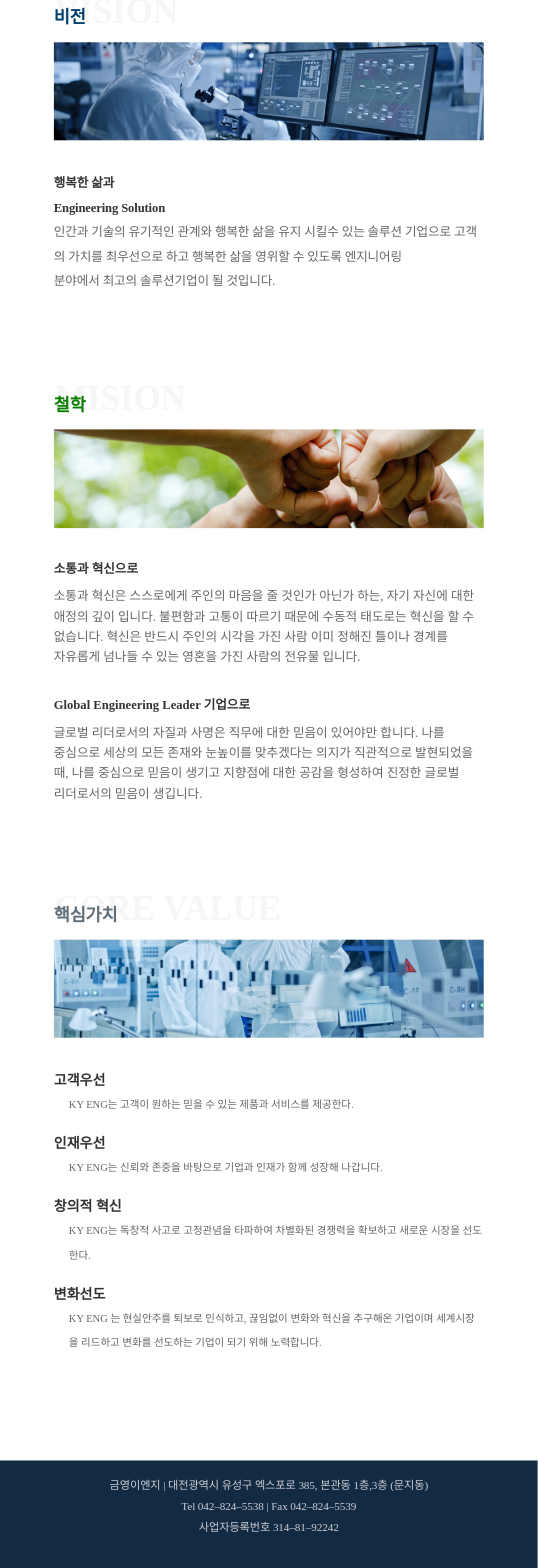
Repository: wogml3270/kumyoungENG
Page: sub/about/about_company.html
These files come from the project's save history. The page is drawn as it stood at one moment and after the next save; the edit follows.
The browser window is 768 px wide. The pictures show the part of the page from y = 839 to 3079 px (the page is 3175 px tall before and 3146 px after), at 70% of full size.
Some web fonts or font styles are not loaded; a fallback is used.

Above is the page before, as saved 2022-07-25 13:18:41.

### sub/about/about_company.html
<!DOCTYPE html>
<html lang="ko">
    <head>
        <meta charset="UTF-8" />
        <meta http-equiv="X-UA-Compatible" content="ie=edge" />
        <meta name="viewport" content="width=device-width, initial-scale=1.0" />
        <link rel="stylesheet" href="./../css/reset.css" />
        <link rel="stylesheet" href="./../css/about_company.css" />
        <link rel="stylesheet" href="./../css/about_banner.css">
        <link rel="stylesheet" href="./../css/snb_bar.css">
        <link rel="stylesheet" href="../../css/header.css">
        <link rel="stylesheet" href="../../css/footer.css">
        <link rel="stylesheet" href="/css/media.css">
        <script src="https://ajax.googleapis.com/ajax/libs/jquery/3.5.1/jquery.min.js"></script>
        <script src="http://ajax.aspnetcdn.com/ajax/jQuery/jquery-1.12.4.min.js"></script>
        <script src="https://code.jquery.com/jquery-1.12.4.min.js"></script>
        <script src="../../js/script.js"></script>
        <script src="../../js/snb_bar.js"></script>
        <title>회사소개_기업정신</title>
    </head>
    <body>
        <div id="header"></div>
        <div id="wrap">
            <div class="about-banner">
                <p>KUM YOUNG ENG</p>
                <span></span>
                <h3>회사소개</h3>
                <!-- <img src="./../images/company-banner-image.png" alt="배너 이미지"> -->
            </div>

            <div class="snb">
                <a href="./../index.html">homeimg</a>

                    <ul class="snb_box">
                        <li><a href="">회사소개<img src="./../images/Vector 1.png" alt=""></a></li>
                        <li>
                            <a href="/sub/about/about_company.html">기업정신<img src="./../images/Vector 1.png" alt=""></a>
                            <ol class="lnb">
                                <li><a href="/sub/about/about_greeting.html">인사말</a></li>
                                <!-- <li><a href="/sub/about/about_company.html">기업정신</a></li> -->
                                <li><a href="/sub/about/about_management.html">경영이념</a></li>
                                <li><a href="">ESG경영</a></li>
                                <li><a href="/sub/about/about_history.html">연혁</a></li>
                                <li><a href="/sub/about/about_org.html">조직도</a></li>
                                <li><a href="/sub/about/about_branch.html">지사/해외법인</a></li>
                                <li><a href="/sub/about/about_wayto.html">오시는길</a></li>
                            </ol>
                        </li>
                    </ul>
              </div>

            <section id="mind">
                <h2>기업정신</h2>

                <article class="vision">
                    <h3>VISION</h3>
                    <h4>비전</h4>

                    <img src="./../images/vision-image.png" alt="행복한 삶과 Engineering Solution">


                    <div class="firsttx">
                        <p>
                            행복한 삶과 <br />
                            Engineering Solution
                        </p>

                        <p>
                            인간과 기술의 유기적인 관계와 행복한 삶을 유지 시킬수 있는 솔루션 기업으로
                            고객의 가치를 최우선으로 하고 행복한 삶을 영위할 수 있도록 엔지니어링 <br />
                            분야에서 최고의 솔루션기업이 될 것입니다.
                        </p>
                    </div>
                </article>

                <article class="mission">
                    <h3>MISION</h3>
                    <h4>철학</h4>
                    <img src="./../images/mission-image.png" alt="소통과 혁신으로 Global Engineering Leader 기업으로">

                    <div class="secondtx">
                        <div>
                            <p>
                                소통과 <br />
                                혁신으로
                            </p>

                            <p>
                                소통과 혁신은 스스로에게 주인의 마음을 줄 것인가 아닌가 하는, 자기 자신에 대한 애정의 깊이 입니다.
                                불편함과 고통이 따르기 때문에 수동적 태도로는 <br />
                                혁신을 할 수 없습니다. 혁신은 반드시 주인의 시각을 가진 사람 이미 정해진 틀이나
                                경계를 자유롭게 넘나들 수 있는 영혼을 가진 사람의 전유물 입니다.
                            </p>
                        </div>

                        <div>
                            <p>
                                Global Engineering <br />
                                Leader 기업으로
                            </p>

                            <p>
                                글로벌 리더로서의 자질과 사명은 직무에 대한 믿음이 있어야만 합니다.
                                나를 중심으로 세상의 모든 존재와 눈높이를 맞추겠다는 의지가 <br />
                                직관적으로 발현되었을 때, 나를 중심으로 믿음이 생기고 지향점에 대한 공감을 형성하여
                                진정한 글로벌 리더로서의 믿음이 생깁니다.
                            </p>
                        </div>
                    </div>
                </article>

                <article class="core_value">
                    <h3>CORE VALUE</h3>
                    <h4>핵심가치</h4>

                    <img src="./../images/value-image.png" alt="핵심가치">
                    <div class="thirdtx">
                        <dl>
                            <dt>고객우선</dt>
                            <dd>KY ENG는 고객이 원하는 믿을 수 있는 제품과 서비스를 제공한다.</dd>
                        </dl>
                        <dl>
                            <dt>인재우선</dt>
                            <dd>KY ENG는 신뢰와 존중을 바탕으로 기업과 인재가 함께 성장해 나갑니다.</dd>
                        </dl>
                        <dl>
                            <dt>창의적 혁신</dt>
                            <dd>KY ENG는 독창적 사고로 고정관념을 타파하여 차별화된 경쟁력을 확보하고 새로운 시장을 선도한다.</dd>
                        </dl>
                        <dl>
                            <dt>변화선도</dt>
                            <dd>KY ENG 는 현실안주를 퇴보로 인식하고, 끊임없이 변화와 혁신을 추구해온 기업이며 세계시장을 리드하고 변화를 선도하는 기업이 되기 위해 노력합니다.</dd>
                        </dl>
                    </div>

                </article>
            </section>
        </div>
        <div id="footer"></div>
    </body>
</html>

### sub/css/reset.css
@charset "UTF-8";

* {
    margin: 0;
    padding: 0;
  }

  body,
  html {
    width: 100%;
    height: 100%;
    font-family: "Pretendard";
  }

  ul,
  li {
    list-style: none;
    text-decoration: none;
  }

  a:link,
  a:visited,
  a:hover,
  a:active {
    color: #fff;
    text-decoration: none;
  }

### sub/css/about_company.css
@charset "utf-8";

@import url("https://cdn.jsdelivr.net/gh/orioncactus/pretendard@v1.3.4/dist/web/static/pretendard.css");

#wrap > img {
  width: 100%;
  height: auto;
}

#mind {
  width: 100%;
  padding-top: 110px;
}

#mind > h2 {
  color: #333;
  font-size: 24px;
  font-weight: 600;
  text-align: center;
}

article {
  width: 72.916%;
  margin-left: 13.5416%;
  margin-top: 120px;
}

article > h3 {
  color: #f6f6f6;
  font-size: 80px;
  font-weight: 800;
}

article > h4 {
  font-size: 36px;
  font-weight: 600;
  letter-spacing: -0.01em;
  position: relative;
  top: -40px;
}

article > img {
  width: 100%;
  margin-top: -20px;
}

article > div > p {
  /* word-break: keep-all; */
}

.vision > h4 {
  color: #004170;
}

.firsttx {
  display: flex;
  flex-flow: row nowrap;
  justify-content: space-between;
  margin-top: 40px;
}
.firsttx > p {
  line-height: 35px;
  letter-spacing: -0.01em;
}
.firsttx > p:nth-child(1) {
  color: #333;
  font-size: 26px;
  font-weight: 600;
  margin-right: 10px;
}
.firsttx > p:nth-child(2) {
  color: #666;
  font-weight: 400;
  font-size: 18px;
}

.mission > h4 {
  color: #0B7E00;
}
.secondtx > div {
  display: flex;
  flex-flow: row nowrap;
  justify-content: flex-start;
  margin-top: 40px;
  line-height: 35px;
}

.secondtx > div > p {
  word-break: keep-all;
  /* width: 223px; */
}

.secondtx > div:nth-child(1) > p:nth-child(1){
  /* width: 90px; */
  margin-right: 249px;
}
.secondtx > div:nth-child(2) > p:nth-child(1){
  /* width: 90px; */
  margin-right: 116px;
}


.secondtx > div:nth-child(1) > p:nth-child(2) {
  /* margin-left: 17.785%; */
  /* margin-left: 12.96875%; */
}
.secondtx > div:nth-child(2) > p:nth-child(2) {
  /* margin-left: 8.286%; */
  /* margin-left: 6.0416%; */
}
.secondtx > div > p:nth-child(1){
  color: #333;
  font-size: 26px;
  font-weight: 600;
}
.secondtx > div > p:nth-child(2){
  color: #666;
  font-size: 18px;
  font-weight: 400;
}

.core_value > h4 {
  color: #606E79;
}

.thirdtx {
  margin-top: 40px;
}

.thirdtx > dl {
  display: flex;
  flex-flow: row nowrap;
  justify-content: flex-start;
  margin-bottom: 20px;
}

.thirdtx > dl:last-child {
  margin-bottom: initial;
}

.thirdtx > dl > dt {
  color: #333;
  font-size: 26px;
  font-weight: 600;
  line-height: 35px;
  white-space: nowrap;
}

.thirdtx > dl > dd {
  color: #666;
  font-size: 18px;
  font-weight: 400;
  line-height: 35px;
  margin-left: 17.7857%;
  white-space: nowrap;
}

.thirdtx > dl:nth-child(3) > dd {
  margin-left: 15.7857%;
}

@media screen and (max-width: 899px){
  #mind p{
    font-size: 18px;
  }
  article{
    width: 80%;
    margin: 120px auto;
  }

  article > h3 {
    font-size: 50px;
  }

  article > h4 {
    font-size: 25px;
  }
  .firsttx{
      display: block;
  }
  .firsttx > p:nth-child(1) {
    font-size: 20px;
  }

  .firsttx > p:nth-child(2) {
    font-size: 16px;
  }

  .secondtx > div {
    display: block;
    line-height: 29px;
  }
  .secondtx > div:nth-child(1) > p:nth-child(1){
    margin-right: 0;
    margin-bottom: 10px;
  }

  .secondtx > div:nth-child(2){
    display: block;
  }

  .secondtx > div > p > br {
    display: none;
  }
  .secondtx > div > p:nth-child(1){
    font-size: 20px;
    margin-right: 0;
  }

  .secondtx > div:nth-child(2) > p:nth-child(1) {
    margin-bottom: 10px;
  }

  .secondtx > div > p:nth-child(2){
    word-break: keep-all;
    font-size: 16px;
  }
  .thirdtx > dl{
    flex-direction: column;
    font-family: 'Pretendard';
    font-style: normal;
  }
  .thirdtx > dl > dt{
    font-size: 20px;
  }
  .thirdtx > dl > dd{
    font-size: 15px;
    margin-left: 3.5%;
    white-space: normal;
  }
  .thirdtx > dl:nth-child(3) > dd{
    margin-left: 3.5%;
  }

}

### sub/css/about_banner.css
@charset "UTF-8";

.about-banner{
    width: 100%;
    height: 500px;
    background: url(../../images/company-banner-image.png) no-repeat center center;
    background-size: cover;
    display: flex;
    flex-direction: column;
    align-items: center;
    justify-content: center;
  }
  .about-banner p{
    font-family: 'Pretendard';
    font-style: normal;
    font-weight: 400;
    font-size: 16px;
    line-height: 20px;
    text-align: center;
    letter-spacing: -0.01em;
    color: #FFFFFF;
  }
  .about-banner span{
    width: 40px;
    height: 1px;
    background: #FFFFFF;
    margin: 16px 0;
  }
  .about-banner h3{
    font-family: 'Pretendard';
    font-style: normal;
    font-weight: 700;
    font-size: 24px;
    line-height: 24px;
    text-align: center;
    letter-spacing: -0.01em;
    color: #FFFFFF;
  }

### sub/css/snb_bar.css
@charset "utf-8";

ul,li {
    list-style: none;
    text-decoration: none;
}

a:link,
a:visited,
a:hover,
a:active {
    color: #fff;
    text-decoration: none;
}

.snb {
    position: relative;
    top: -26px;
    width: 72.916%;
    height: 60px;
    margin: 0 auto;
    background-color: #fff;
    border: 1px solid #ddd;
    box-sizing: border-box;
    box-shadow: 0px 4px 15px rgba(0, 0, 0, 0.1);
    z-index: 1;
}

.snb > a {
    position: absolute;
    top: -1px;
    left: -1px;
    display: block;
    width: 65px;
    height: 60px;
    text-indent: -9999px;
    background-color: #004170;
    background-image: url(./../images/Group.png);
    background-position: center center;
    background-repeat: no-repeat;
}

.snb > a {
    display: block;
    width: 65px;
    height: 60px;
}

.snb_box {
    display: flex;
    flex-flow: row nowrap;
    /* margin-left: 20.5px; */
    margin-left: 64px;
    margin-top: 0;

}

.snb_box > li {
    position: relative;
    text-indent: 20.5px;
    /* text-indent: 30%; */
    width: 209px;
    height: 60px;
    line-height: 60px;
    border-right: 1px solid #ddd;
    box-sizing: border-box;
}

.snb_box > li > a {
    display: block;
    height: 60px;
    color: #333;
}

.snb_box > li > a > img {
    position: absolute;
    top: 22.5px;
    left: 80%;

}

.snb_box > li:last-child > a:hover > img {
    transform: rotate(90deg);
    transition: 0.3s;
}

.lnb {
    display: none;
    position: absolute;
    width: 100%;
    padding: 0;
    border: 1px solid #DDDDDD;
    border-top: none;
    background-color: #fff;
}

.lnb > li > a {
    color: #333;
    display: block;
}

.lnb > li > a:hover {
    background-color: #F5F5F5;
}

### css/header.css
@charset "utf-8";
@import url('https://cdn.jsdelivr.net/gh/orioncactus/pretendard/dist/web/static/pretendard.css');
@import url('https://fonts.googleapis.com/css2?family=Lobster&display=swap');

*,html,body { margin: 0; padding: 0; box-sizing: border-box; }
ul,ol,li { list-style: none; }
a { text-decoration: none; }

.header{
    position: absolute;
    display: flex;
    justify-content: space-between;
    align-items: center;
    width: 100%;
    height: 80px;
    /* border-bottom: 1px solid #CECED5; */
    z-index: 9999;
    transition: all 0.2s;
}
.header > a{
    display: block;
    margin-left: 13.542%;
}
.header > .right{
    margin-right: 13.542%;
    display: flex;
    align-items: center;
    height: 80px;
}
.header > .right .lang{
    display: flex;
    align-items: center;
}
.header > .right .lang a{
    font-family: 'Poppins';
    font-style: normal;
    font-weight: 300;
    font-size: 14px;
    line-height: 20px;
    letter-spacing: -0.01em;
    color: #DDDDDD;
    transition: all 0.3s;
}
.header > .right .lang a.active{
    font-weight: 400;
    color: #000340;
}
.header > .right .lang a:hover{
    font-weight: 400;
    color: #000340;
}
.header > .right .lang span{
    width: 1px;
    height: 12px;
    background: #000340;
    margin: 0 14px;
}
.header_gnb{
    display: flex;
    align-items: center;
    height: 80px;
}
.header_gnb > li{
    width: 84px;
    height: 80px;
    display: flex;
    justify-content: center;
    align-items: center;
    position: relative;
    margin-right: 60px;
}
.header_gnb > li:last-child{
    margin-right: 106px;
}
.header_gnb > li > a{
    font-family: 'Pretendard';
    font-style: normal;
    font-weight: 400;
    font-size: 15px;
    line-height: 20px;
    letter-spacing: -0.01em;
    color: #ffffff;
}
.right:hover .header_gnb > li > a{
    color: #000340;
}


.menu-open{
    position: absolute;
    width: 100%;
    height: 323px;
    /* display: none; */
    top: 80px;
    left: 0;
    background: #FFFFFF;
    z-index: 9999;
    visibility: hidden;
    opacity: 0;
    transition: all 0.2s;
}
.menu-open.active{
    visibility: visible;
    opacity: 1;
}
.menu-open .menu_box{
    position: absolute;
    top: 30px;
    left: 28.646%;
}

.menu-open .menu_box.gnb02_01 .gnb02_01_01,
.menu-open .menu_box.gnb02_01 .gnb02_01_02,
.menu-open .menu_box.gnb02_01 .gnb02_01_03,
.menu-open .menu_box.gnb02_01 .gnb02_01_04{
    display: flex;
    width: 340px;
}
.gnb03_01_01,
.gnb03_01_02{
    width: 200px;

}

/* .menu_box{
    margin-top: 60px;
} */
.menu_box > li{
    margin-bottom: 20px;
    transition: all 0.3s;
}
.menu_box.gnb02_01 > li.gnb02_01_01:hover > a::after{
    content: '>';
    position: absolute;
    top: 0;
    left: 130px;
}
.menu_box.gnb02_01 > li.gnb02_01_01:hover > .menu_box_content{
    visibility: visible;
    opacity: 1;
}
.menu_box.gnb02_01 > li.gnb02_01_02:hover > a::after{
    content: '>';
    position: absolute;
    top: 0;
    left: 100px;
    margin-left: 20px;
}
.menu_box.gnb02_01 > li.gnb02_01_02:hover > .menu_box_content{
    visibility: visible;
    opacity: 1;
}
.menu_box.gnb02_01 > li.gnb02_01_03:hover > a::after{
    content: '>';
    position: absolute;
    top: 0;
    left: 100px;
    margin-left: 20px;
}
.menu_box.gnb02_01 > li.gnb02_01_03:hover > .menu_box_content{
    visibility: visible;
    opacity: 1;
}
.menu_box.gnb02_01 > li.gnb02_01_04:hover > a::after{
    content: '>';
    position: absolute;
    top: 0;
    left: 100px;
    margin-left: 20px;
}
.menu_box.gnb02_01 > li.gnb02_01_04:hover > .menu_box_content{
    visibility: visible;
    opacity: 1;
}


.menu_box.gnb03_01 > li.gnb03_01_01:hover > a::after{
    content: '>';
    position: absolute;
    top: 0;
    left: 130px;
}
.menu_box.gnb03_01 > li.gnb03_01_01:hover > .menu_box_content{
    visibility: visible;
    opacity: 1;
}
.menu_box.gnb03_01 > li.gnb03_01_02:hover > a::after{
    content: '>';
    position: absolute;
    top: 0;
    left: 130px;
}
.menu_box.gnb03_01 > li.gnb03_01_02:hover > .menu_box_content{
    visibility: visible;
    opacity: 1;
}



.menu-open .menu_box.gnb01_01{
    visibility: hidden;
    opacity: 0;
}
.menu-open .menu_box.gnb01_01.active{
    visibility: visible;
    opacity: 1;
}

.menu-open .menu_box.gnb02_01{
    visibility: hidden;
    opacity: 0;
}
.menu-open .menu_box.gnb02_01.active{
    visibility: visible;
    opacity: 1;
}

.menu-open .menu_box.gnb03_01{
    visibility: hidden;
    opacity: 0;
}
.menu-open .menu_box.gnb03_01.active{
    visibility: visible;
    opacity: 1;
}

.menu-open .menu_box.gnb04_01{
    visibility: hidden;
    opacity: 0;
}
.menu-open .menu_box.gnb04_01.active{
    visibility: visible;
    opacity: 1;
}




.menu_box > li > a{
    position: relative;
    display: block;
    font-family: 'Pretendard';
    font-style: normal;
    font-weight: 400;
    font-size: 13px;
    line-height: 16px;
    letter-spacing: -0.01em;
    color: #000000;
    transition: all 0.3s;
}
.menu_box_content{
    position: absolute;
    left: 169px;
    top: -5px;
    width: 100%;
    visibility: hidden;
    opacity: 0;
    z-index: 5;
    transition: all 0.3s;
}
li.gnb02_01_02 .menu_box_content{
    top: 33px;
}
li.gnb02_01_03 .menu_box_content{
    top: 53px;
}
li.gnb02_01_04 .menu_box_content{
    top: 171px;
}
li.gnb03_01_02 .menu_box_content{
    top: 105px;
}
.menu_box_content > li{
    margin-bottom: 20px;
}
.menu_box_content > li > a{
    font-family: 'Pretendard';
    font-style: normal;
    font-weight: 400;
    font-size: 13px;
    line-height: 16px;
    letter-spacing: -0.01em;
    color: #5B5D7E;
}

/* header mobile */

.header_gnb_mobile{
    display: none;
}
.header_gnb_mobile_toggle{
    display: none;
    width: 25px;
    height: 20px;
    position: absolute;
    right: 30px;
    top: 30px;
    cursor: pointer;
}
.header_gnb_mobile > li > ul{
    display: none;
}

### css/footer.css
@charset "utf-8";

@import url("https://cdn.jsdelivr.net/gh/orioncactus/pretendard@v1.3.4/dist/web/static/pretendard.css");

body {
    margin: 0 auto;
    padding: 0;
}

footer {
    position: relative;
    width: 100%;
    height: 132px;
    font-family: 'Pretendard';
    font-size: 14px;
    font-weight: 400;
    background-color: #122B42;
    display: flex;
    align-items: center;
    justify-content: space-between;
    margin-top: 150px;
}

footer > address {
    color: #CECED5;
    line-height: 30px;
    font-style: normal;
    letter-spacing: -0.01em;
    margin-left: 13.663%;
}

footer > .footer-right{
    display: flex;
    flex-direction: column;
    align-items: flex-end;
    margin-right: 13.663%;
}
footer > .footer-right .logo {
    margin-bottom: 16px;
    display: block;
}

footer > .footer-right span {
    color: #CECED5;
}

### css/media.css
@charset "utf-8";

@media only screen and (min-width: 899px){
    .header_gnb_mobile{
        position: absolute;
        top: -9999px;
    }
}
    /* 모바일 가로, 타블렛 세로 */
@media only screen and (max-width: 899px) {

    /* header */
    .header{
        height: 120px;
        flex-direction: column;
    }
    .header > a{
        margin: 27px 10px 0 10px;
        z-index: 9999;
    }
    .header > a > img{
        width: 120px;
    }
    .header_gnb{
        display: none;
    }
    .header > .right{
        margin-right: 0;
        width: 100%;
    }
    .header > .right > .lang{
        position: absolute;
        top: 30px;
        left: 20px;
    }
    .header > .right > .lang > a{
        font-size: 11px;
    }
    .header_gnb_mobile{
        padding-top: 80px;
        width: 100%;
        background: #ffffff;
        position: absolute;
        top: 0;
    }
    .header_gnb_mobile > li{
        padding: 15px 20px;
        cursor: pointer;
        border-bottom: 1px solid #cccccc;
        position: relative;
    }
    .header_gnb_mobile > li::before{
        content: ">";
        position: absolute;
        right: 25px;
        font-family: 'Pretendard';
        font-style: normal;
        font-weight: 400;
        font-size: 20px;
        color: #9c9c9c;
        transform: rotate(90deg);
        transition: 0.3s;
    }
    .header_gnb_mobile > li > a{
        color: #333333;
        font-family: 'Pretendard';
        font-style: normal;
        font-weight: 400;
    }
    .header_gnb_mobile_toggle{
        display: block;
        z-index: 9999;
    }
    .header_gnb_mobile > li > ul > li{
        margin-left: 20px;
        margin-top: 5px;
    }
    .header_gnb_mobile > li > ul > li > a{
        position: relative;
        font-family: 'Pretendard';
        font-style: normal;
        font-weight: 400;
        font-size: 13px;
        line-height: 18px;
        letter-spacing: -0.01em;
        color: #5B5D7E;
    }
    .header_gnb_mobile > li > ul > li > a::before{
        content: "";
        background: #333333;
        width: 3px;
        height: 3px;
        border-radius: 50%;
        position: absolute;
        left: -11px;
        top: 6px;
    }

    /* main */
    .main_slide > ul > li{
        padding: 0;
        width: 25%;
        text-align: center;
    }
    .tab_menu{
        width: 100%;
    }
    .tab_menu .active::after{
        content: "";
        position: absolute;
        width: 95%;
        height: 63px;
        background: none;
        border: 3px solid #0b7e00;
        left: 10px;
        bottom: 0;
    }
    .tab_menu > .list{
        text-align: center;
        align-items: center;
        justify-content: center;
        flex-direction: column;
    }
    .tab_menu > .list > li{
        width: 100%;
        margin-right: 0;
        padding: 20px 0;
    }
    .tab_menu > .list > li.active{
        font-weight: 900;
    }
    .content01_area{
        height: 1078px;
    }
    .content01_box{
        flex-direction: column;
    }
    .content01_img{
        margin-right: 0;
        text-align: center;
    }
    .content01_img img{
        margin-right: 0;
    }
    .content01_img2 img{
        width: 90%;
    }
    .content01_caption{
        margin: 10px 0;
        width: 80%;
    }
    .content02{
        height: auto;
    }
    .content02 > h2{
        width: 100%;
        text-align: center;
    }
    .content02_box{
        flex-direction: column;
        justify-content: center;
        align-items: center;
        margin: 100px auto;
        gap: 60px;
        width: 90%;
    }
    .content02_box img{
        width: 100%;
    }
    .content02_txt_box{
        top: 172px;
        width: 90%;
        left: 20px;
    }

    .content03_box{
        width: 100%;
    }
    .content03_box_title{
        width: 80%;
    }
    .content03_box_sub{
        width: 80%;
    }

    /* footer */
    footer{
        flex-direction: column;
        justify-content: space-around;
        height: 250px;
    }
    footer > address{
        margin-left: 0;
        text-align: center;
        font-size: 16px;
        width: 80%;
    }
    footer > .footer-right{
        flex-direction: column;
        align-items: center;
        margin: 0 15px;
    }
}

### sub/about/footer.html
<footer>
    <address>
        금영이엔지 | 대전광역시 유성구 엑스포로 385, 본관동 1층,3층 (문지동) <br />
        Tel 042&ndash;824&ndash;5538 | Fax 042&ndash;824&ndash;5539 <br />
        사업자등록번호 314&ndash;81&ndash;92242
    </address>

    <div class="footer-right">
        <a href="#" class="logo">
            <img src="/images/logo-footer.svg" alt="">
        </a>
        <span>Copyright &copy; 2015 KUM YOUNG. All Rights Reserved.</span>
    </div>

</footer>

Loaded but not shown: js/script.js (36 lines, source omitted); js/snb_bar.js (14 lines, source omitted); sub/about/header.html (358 lines, source omitted)

After the next save:
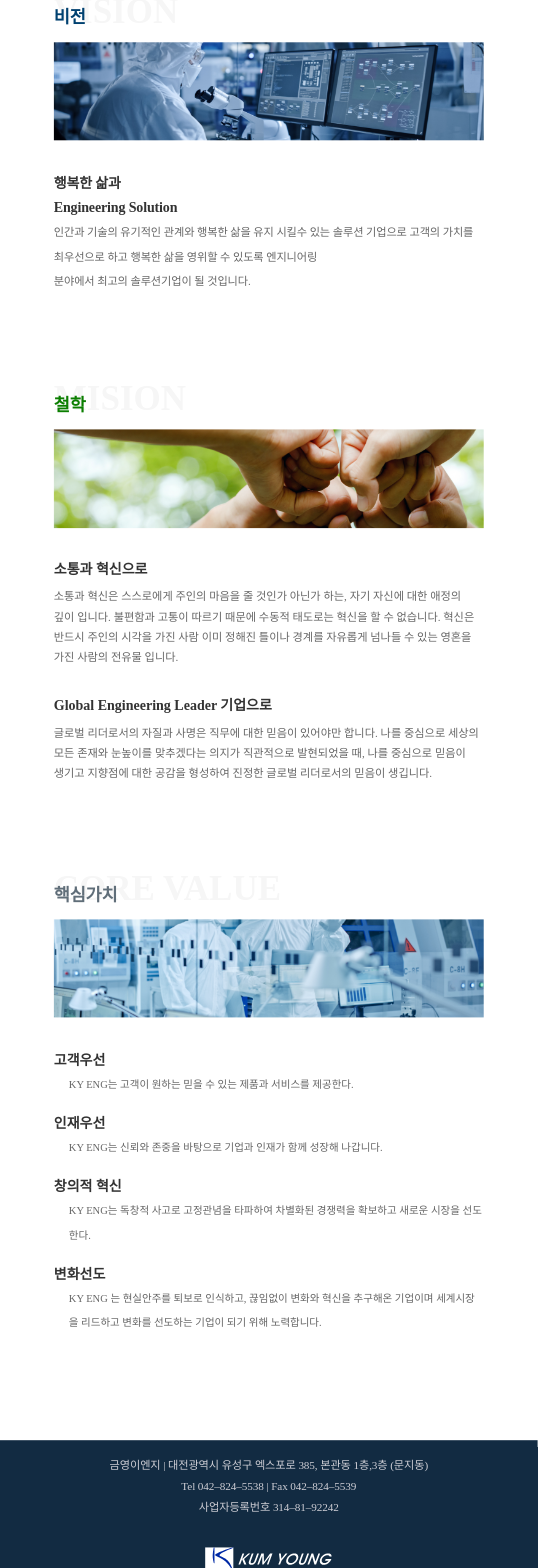
Saved 55 s later.
--- a/sub/css/about_company.css
+++ b/sub/css/about_company.css
@@ -160,9 +160,7 @@
 }
 
 @media screen and (max-width: 899px){
-  #mind p{
-    font-size: 18px;
-  }
+
   article{
     width: 80%;
     margin: 120px auto;
